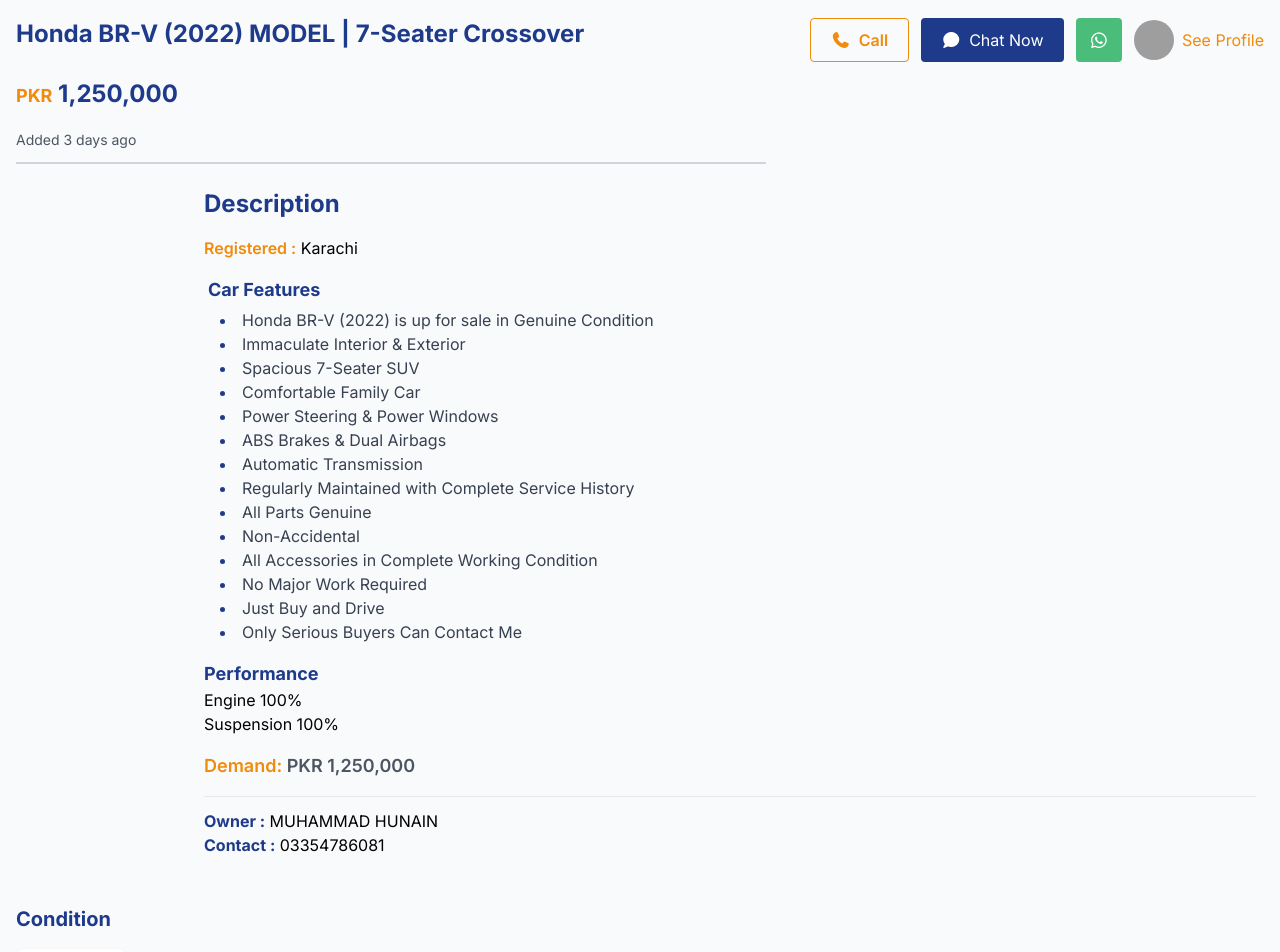
Repository: ARFA-SAEED/miljayega
Page: src/motorsPage/bikes_1.html
These files come from the project's save history. The page is drawn as it stood at one moment and after the next save; the edit follows.
The browser window is 1280 px wide. The pictures show the part of the page from y = 639 to 1591 px (the page is 2154 px tall).
Pictures or frames that could not be fetched are drawn as grey boxes. Some web fonts or font styles are not loaded; a fallback is used. Some web libraries are served in a nearby version.

Above is the page before, as saved 2025-08-25 13:33:47.

### src/motorsPage/bikes_1.html
<!DOCTYPE html>
<html lang="en">

<head>
    <meta charset="utf-8" />
    <meta content="width=device-width, initial-scale=1.0" name="viewport" />
    <title>Miljaega.pk - Bikes 1</title>
    <script src="https://cdn.tailwindcss.com?plugins=forms,container-queries"></script>
    <link href="https://fonts.googleapis.com/css2?family=Inter:wght@400;500;600;700&display=swap" rel="stylesheet" />
    <link href="https://fonts.googleapis.com/css2?family=Poppins:wght@400;500;600;700&display=swap" rel="stylesheet" />
    <link href="https://fonts.googleapis.com/icon?family=Material+Icons" rel="stylesheet" />
    <link href="https://fonts.googleapis.com/css2?family=Lalezar&display=swap" rel="stylesheet">
    <link href="https://fonts.googleapis.com/css2?family=Noto+Nastaliq+Urdu&display=swap" rel="stylesheet">
    <script src="https://cdn.jsdelivr.net/npm/alpinejs@3.x.x/dist/cdn.min.js" defer></script>
    <script src="https://cdn.jsdelivr.net/npm/@tailwindcss/browser@4"></script>
    <link rel="stylesheet" href="./Css/miljaega-homepage.css">
    <!-- Font Awesome CDN -->
    <link href="https://cdnjs.cloudflare.com/ajax/libs/font-awesome/6.5.2/css/all.min.css" rel="stylesheet">

    <link rel="stylesheet" href="https://cdnjs.cloudflare.com/ajax/libs/font-awesome/7.0.0/css/all.min.css"
        integrity="sha512-DxV+EoADOkOygM4IR9yXP8Sb2qwgidEmeqAEmDKIOfPRQZOWbXCzLC6vjbZyy0vPisbH2SyW27+ddLVCN+OMzQ=="
        crossorigin="anonymous" referrerpolicy="no-referrer" />
</head>

<body class="bg-gray-50">

    <!-- Header -->
    <header class="bg-white shadow-sm fixed top-0 z-50 w-full">
        <div class="lg:mx-auto 2xl:mx-20 relative py-3 container px-4 sm:px-6">
            <div class="flex justify-between items-center py-3">
                <!-- Left: Logo -->
                <div class="flex-shrink-0">
                    <img src="../../../assets/images/logo.svg" alt="Logo" class="h-8 sm:h-10" />
                </div>

                <!-- Center Nav (Desktop) -->
                <nav
                    class="hidden xl:flex absolute 2xl:ms-[440px] left-1/2 transform -translate-x-1/2 space-x-6 text-sm font-medium text-gray-600">
                    <div class="flex justify-center mt-2">
                        <div class="inline-flex rounded-lg shadow-md bg-white overflow-hidden">
                            <a href="#"
                                class="px-6 py-3 text-sm font-medium text-white bg-blue-900 hover:bg-blue-900 transition duration-300 flex items-center">
                                <i class="fa-solid fa-list mr-2"></i> ALL
                            </a>
                            <a href="#"
                                class="px-6 py-3 text-sm font-medium text-pak-green hover:bg-[rgb(220,228,245)] flex items-center">
                                <i class="fa-solid fa-circle-plus mr-2"></i> NEW
                            </a>
                            <a href="#"
                                class="px-6 py-3 text-sm font-medium text-pak-green hover:bg-[rgb(220,228,245)] flex items-center">
                                <i class="fa-solid fa-recycle mr-2"></i> USED
                            </a>
                            <a href="#"
                                class="px-6 py-3 text-sm font-medium text-pak-green hover:bg-[rgb(220,228,245)] flex items-center">
                                <i class="fa-solid fa-key mr-2"></i> RENT
                            </a>
                            <a href="#"
                                class="px-6 py-3 text-sm font-medium text-pak-green hover:bg-[rgb(220,228,245)] flex items-center">
                                <i class="fa-solid fa-arrow-right-arrow-left mr-2"></i> Exchange
                            </a>
                        </div>
                    </div>
                </nav>

                <!-- Mobile Hamburger -->
                <button id="mobileMenuToggle" class="block xl:hidden text-gray-700 hover:text-primary-green">
                    <svg class="w-7 h-7" fill="none" stroke="currentColor" stroke-width="2" viewBox="0 0 24 24">
                        <path stroke-linecap="round" stroke-linejoin="round" d="M4 6h16M4 12h16M4 18h16"></path>
                    </svg>
                </button>
            </div>
        </div>
    </header>

    <!-- Mobile Menu -->
    <div id="mobileMenu"
        class="xl:hidden hidden bg-white shadow-md fixed top-[72px] left-0 right-0 z-40 max-h-[calc(100vh-72px)] overflow-y-auto">
        <div class="px-4 py-4 space-y-4 text-sm font-medium text-gray-700">
            <div class="flex justify-around text-center gap-2 flex-wrap">
                <a href="#" class="flex flex-col items-center gap-1 hover:text-primary-green">
                    <img src="./images/second-hand.png" class="w-6 h-6" /> Used
                </a>
                <a href="#" class="flex flex-col items-center gap-1 hover:text-primary-green">
                    <img src="./images/new.png" class="w-6 h-6" /> New
                </a>
                <a href="#" class="flex flex-col items-center gap-1 hover:text-primary-green">
                    <img src="./images/exchange.png" class="w-6 h-6" /> Exchange
                </a>
                <a href="#" class="flex flex-col items-center gap-1 hover:text-primary-green">
                    <img src="./images/rent.png" class="w-6 h-6" /> Rentals
                </a>
            </div>
        </div>
    </div>

    <!-- Spacer -->
    <div class="pt-[72px]"></div>

    <!-- Images Section -->
    <div class="container mx-auto px-4 mt-12">
        <div class="grid grid-cols-1 lg:grid-cols-2 gap-3">
            <div>
                <img class="w-full h-[250px] sm:h-[400px] lg:h-[513px] object-cover rounded-lg lg:rounded-l-[10px]"
                    src="https://auto.yugatech.com/wp-content/uploads/2022/09/2023-Honda-BRV-Main-2048x1024.jpg" alt="">
            </div>
            <div class="flex flex-col gap-3">
                <img class="w-full h-[200px] sm:h-[250px] object-cover rounded-lg lg:rounded-tr-[10px]"
                    src="https://hondaotodalat.com.vn/wp-content/uploads/2020/02/honda_BRV_hondaotovovankiet_vn_15.jpg"
                    alt="">
                <img class="w-full h-[200px] sm:h-[250px] object-cover rounded-lg lg:rounded-br-[10px]"
                    src="https://d31sro4iz4ob5n.cloudfront.net/upload/car/br-v-2024/feature/interior/br-v-2024-lhd-amplio-confort-y-versatilidad.jpg"
                    alt="">
            </div>
        </div>
    </div>

    <!-- Title & Buttons -->
    <div class="container mx-auto px-4 mt-6 flex flex-col lg:flex-row justify-between items-start gap-4">
        <h1 class="font-bold text-blue-900 text-xl lg:text-2xl">
            Honda BR-V (2022) MODEL | 7-Seater Crossover
        </h1>
        <div class="flex flex-wrap gap-3">
            <button class="border border-[#F08B0B] text-[#F08B0B] font-semibold rounded px-5 py-2 flex items-center">
                <i class="fa-solid fa-phone me-2"></i> Call
            </button>
            <button class="bg-blue-900 hover:bg-blue-800 text-white rounded px-5 py-2 flex items-center">
                <i class="fa-solid fa-comment me-2"></i> Chat Now
            </button>
            <button class="bg-[#4ABD7A] text-white rounded px-3 py-2 flex items-center">
                <i class="fa-brands fa-whatsapp text-lg"></i>
            </button>
            <div class="flex items-center gap-2">
                <img class="rounded-full h-10 w-10"
                    src="https://tse3.mm.bing.net/th/id/OIP.WpIMP_W3gb5bZ81rA-K2YgHaHa?pid=Api&P=0&h=220" alt="">
                <span class="text-[#F08B0B]">See Profile</span>
            </div>
        </div>
    </div>


    <!-- Price -->
    <div class="container mx-auto px-4 mt-4">
        <h1 class="text-blue-900 font-bold text-xl lg:text-2xl">
            <span class="text-lg text-[#F08B0B]">PKR</span> 1,250,000
        </h1>
        <p class="text-gray-600 text-sm mt-5 pb-3 border-b border-gray-300 border-b-2 w-[750px]">Added 3 days ago</p>
    </div>

    <div class=" p-6 ms-[180px] space-y-4">
        <h3 class="text-2xl font-bold text-blue-900">Description</h3>

        <p><span class="font-semibold text-[#F08B0B]">Registered :</span> Karachi</p>

        <ol class="list-none list-inside space-y-1 text-gray-700">
            <li><span class="font-bold text-lg ms-1 text-blue-900">Car Features</span></li>
            <ul class="list-disc marker:text-blue-900 list-inside ml-4">
                <li>Honda BR-V (2022) is up for sale in Genuine Condition</li>
                <li>Immaculate Interior & Exterior</li>
                <li>Spacious 7-Seater SUV</li>
                <li>Comfortable Family Car</li>
                <li>Power Steering & Power Windows</li>
                <li>ABS Brakes & Dual Airbags</li>
                <li>Automatic Transmission</li>
                <li>Regularly Maintained with Complete Service History</li>
                <li>All Parts Genuine</li>
                <li>Non-Accidental</li>
                <li>All Accessories in Complete Working Condition</li>
                <li>No Major Work Required</li>
                <li>Just Buy and Drive</li>
                <li>Only Serious Buyers Can Contact Me</li>
            </ul>
        </ol>


        <div>
            <h4 class="font-bold text-blue-900 text-lg">Performance</h4>
            <p>Engine 100% <br> Suspension 100%</p>
        </div>

        <p class="text-lg font-semibold text-[#F08B0B]">Demand: <span class="text-gray-600">PKR 1,250,000</span></p>

        <div class="border-t pt-3">
            <p><span class="font-bold text-blue-900">Owner :</span> MUHAMMAD HUNAIN</p>
            <p><span class="font-bold text-blue-900 ">Contact :</span> 03354786081</p>
        </div>
    </div>


    <!-- Condition -->
    <div class="container mx-auto px-4 mt-6 mb-6">
        <h1 class="text-blue-900 font-bold text-xl">Condition</h1>

        <div class=" mt-4 shadow rounded-lg h-20 w-[110px] bg-white items-center flex justify-center">

            <span class="text-sm font-medium">Brand New</span>
        </div>
    </div>


    <footer class="bg-[#0C3168] text-white">
        <div class="container mx-auto px-4 sm:px-6 lg:px-8 py-10">

            <!-- ✅ Mobile/Tablet (sm, md, lg): 2 Rows Layout -->
            <div class="flex  flex-wrap gap-8 lg:hidden">
                <!-- Row 1: ABOUT US + MY ACCOUNT -->
                <div class="w-full flex   gap-8">
                    <!-- ABOUT US -->
                    <div class="w-full ms-10 md:ms-0 sm:w-1/2 text-left">
                        <ul class="leading-10">
                            <li class="font-bold text-xl mb-3">ABOUT US</li>
                            <li>FAQ</li>
                            <li>Anti Scam</li>
                            <li>Term of use</li>
                            <li>Privacy Policy</li>
                            <li>Contact Us</li>
                            <li>Sitemap</li>
                        </ul>
                    </div>
                    <!-- MY ACCOUNT -->
                    <div class="w-full ms-20 md:ms-60 sm:w-1/2 text-left">
                        <ul class="leading-10">
                            <li class="font-bold text-xl mb-3">MY ACCOUNT</li>
                            <li>Login</li>
                            <li>Register</li>
                        </ul>
                    </div>
                </div>

                <!-- Row 2: Miljaega + Social -->
                <div class="w-full flex gap-8 mt-5">
                    <!-- Miljaega -->
                    <div class="w-full sm:w-1/2 ms-10 md:ms-0 text-left">
                        <ul class="leading-10">
                            <li class="font-bold text-xl mb-3">Miljaega</li>
                            <li>Inspected by miljaega</li>
                            <li>Featured by miljaega</li>
                            <li>Recomended by miljaega</li>
                        </ul>
                    </div>
                    <!-- Social -->
                    <div class="w-full ms-20 md:ms-60  sm:w-1/2 text-left leading-15">
                        <ul>
                            <li class="font-bold text-xl  mb-3">FOLLOW US</li>
                        </ul>
                        <div class=" ms-8 md:ms-0 sm:flex-wrap md:flex mt-3 gap-5">
                            <img src="../../assets/images/fb.svg" class="h-10" alt="">
                            <img src="../../assets/images/insta.svg" class="h-10" alt="">
                            <img src="../../assets/images/twitter.svg" class="h-10" alt="">
                            <img src="../../assets/images/youtube.svg" class="h-10" alt="">
                        </div>
                    </div>
                </div>
            </div>

            <!-- ✅ XL and Up: Original 4-column Layout -->
            <div class="hidden lg:block lg:flex lg:justify-between xl:gap-8">
                <!-- ABOUT US -->
                <div class="w-full sm:w-1/2 xl:w-auto mb-5 xl:mb-0  xl:text-left">
                    <ul class="leading-10">
                        <li class="font-bold text-xl mb-3">ABOUT US</li>
                        <li>FAQ</li>
                        <li>Anti Scam</li>
                        <li>Term of use</li>
                        <li>Privacy Policy</li>
                        <li>Contact Us</li>
                        <li>Sitemap</li>
                    </ul>
                </div>
                <!-- MY ACCOUNT -->
                <div class="w-full sm:w-1/2 xl:w-auto text-left mb-5 xl:mb-0">
                    <ul class="leading-10">
                        <li class="font-bold text-xl mb-3">MY ACCOUNT</li>
                        <li>Login</li>
                        <li>Register</li>
                    </ul>
                </div>
                <!-- Miljaega -->
                <div class="w-full sm:w-1/2 xl:w-auto mb-5 xl:mb-0 text-left">
                    <ul class="leading-10">
                        <li class="font-bold text-xl mb-3">Miljaega</li>
                        <li>Inspected by miljaega</li>
                        <li>Featured by miljaega</li>
                        <li>Recomended by miljaega</li>
                    </ul>
                </div>
                <!-- Social -->
                <div class="w-full sm:w-1/2 xl:w-auto text-left mb-5 xl:mb-0 leading-15">
                    <ul>
                        <li class="font-bold text-xl mb-3">FOLLOW US</li>
                    </ul>
                    <div class="flex  ustify-start mt-3 gap-5">
                        <img src="../../assets/images/fb.svg" class="h-10" alt="">
                        <img src="../../assets/images/insta.svg" class="h-10" alt="">
                        <img src="../../assets/images/twitter.svg" class="h-10" alt="">
                        <img src="../../assets/images/youtube.svg" class="h-10" alt="">
                    </div>
                </div>
            </div>

            <!-- Footer bottom -->
            <div class="text-center border-t-2 border-white mt-10 pt-5 text-sm">
                <p>© Copyright 2025 Miljaega <br>Powered by The Tech Creators</p>
            </div>
        </div>
    </footer>

    <script>
        // Mobile menu toggle
        document.addEventListener("DOMContentLoaded", () => {
            const toggleBtn = document.getElementById("mobileMenuToggle");
            const mobileMenu = document.getElementById("mobileMenu");
            toggleBtn.addEventListener("click", () => {
                mobileMenu.classList.toggle("hidden");
            });
        });
    </script>

</body>

</html>

Loaded but not shown: assets/Css/miljaega-homepage.css (316 lines, source omitted)

After the next save:
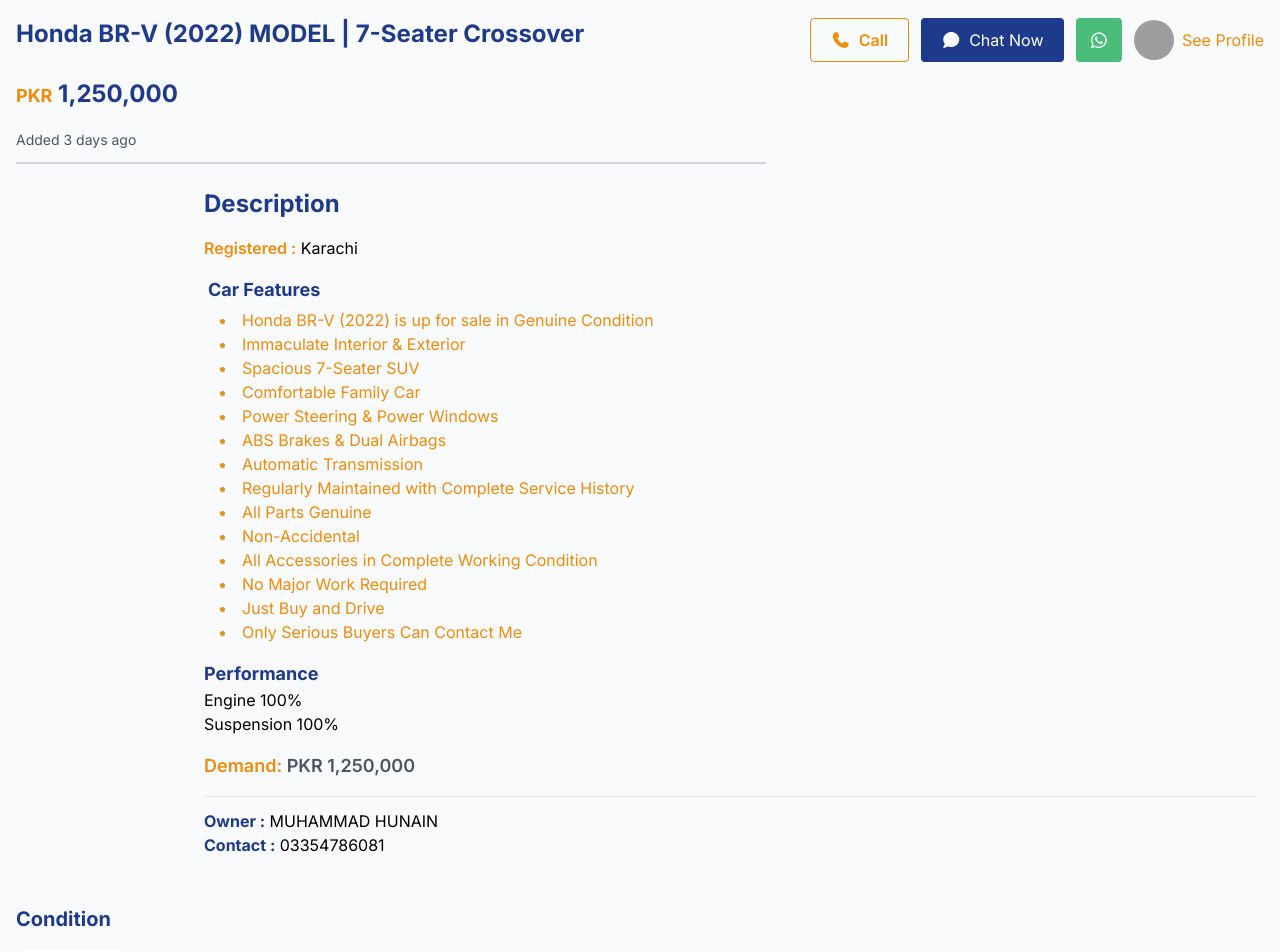
Saved 13 s later.
--- a/src/motorsPage/bikes_1.html
+++ b/src/motorsPage/bikes_1.html
@@ -153,7 +153,7 @@
 
         <ol class="list-none list-inside space-y-1 text-gray-700">
             <li><span class="font-bold text-lg ms-1 text-blue-900">Car Features</span></li>
-            <ul class="list-disc marker:text-blue-900 list-inside ml-4">
+            <ul class="list-disc marker: text-[#F08B0B] list-inside ml-4">
                 <li>Honda BR-V (2022) is up for sale in Genuine Condition</li>
                 <li>Immaculate Interior & Exterior</li>
                 <li>Spacious 7-Seater SUV</li>

After the save that followed:
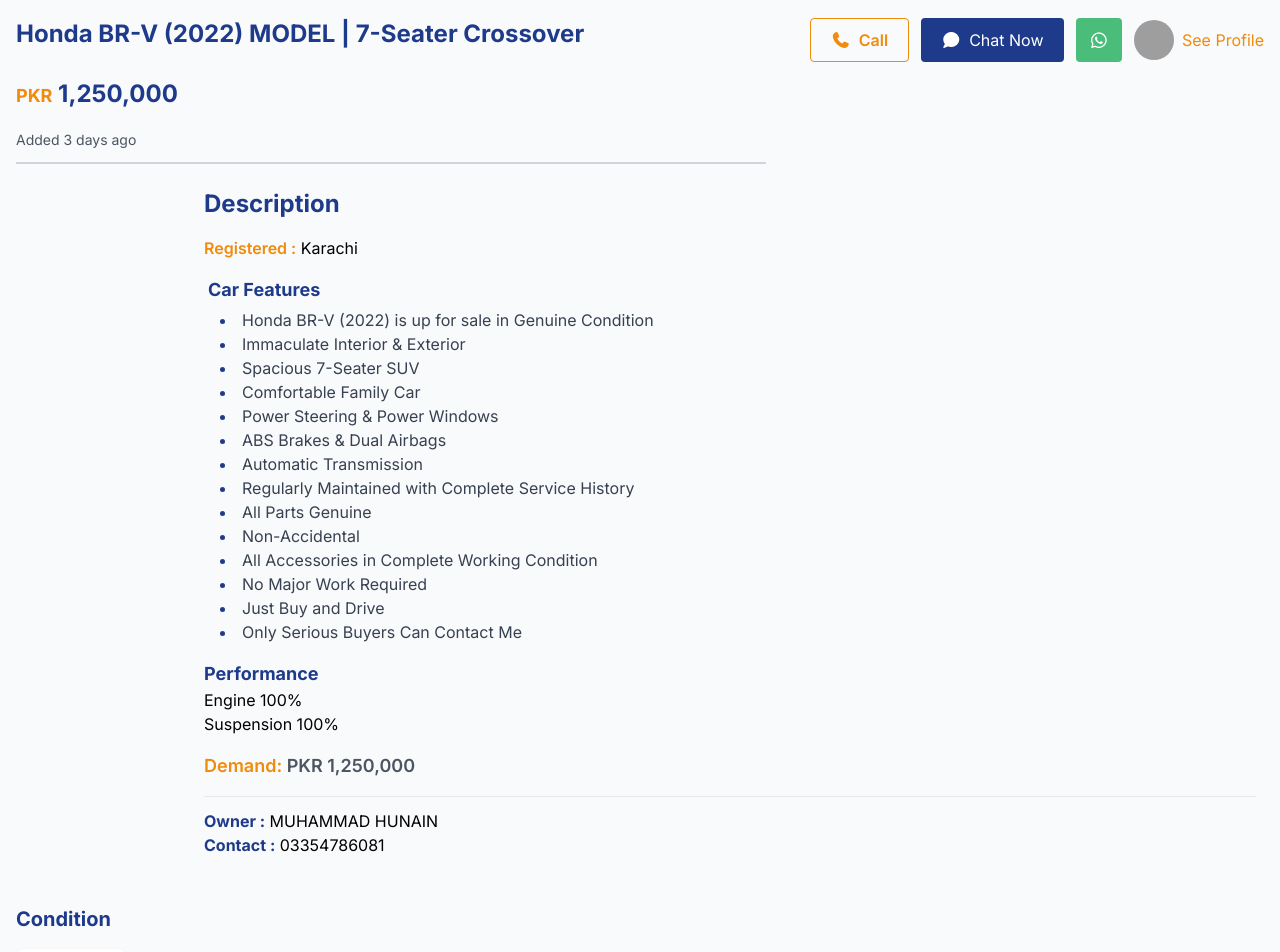
Saved 4 s later.
--- a/src/motorsPage/bikes_1.html
+++ b/src/motorsPage/bikes_1.html
@@ -153,7 +153,7 @@
 
         <ol class="list-none list-inside space-y-1 text-gray-700">
             <li><span class="font-bold text-lg ms-1 text-blue-900">Car Features</span></li>
-            <ul class="list-disc marker: text-[#F08B0B] list-inside ml-4">
+            <ul class="list-disc marker:text-blue-900 list-inside ml-4">
                 <li>Honda BR-V (2022) is up for sale in Genuine Condition</li>
                 <li>Immaculate Interior & Exterior</li>
                 <li>Spacious 7-Seater SUV</li>
